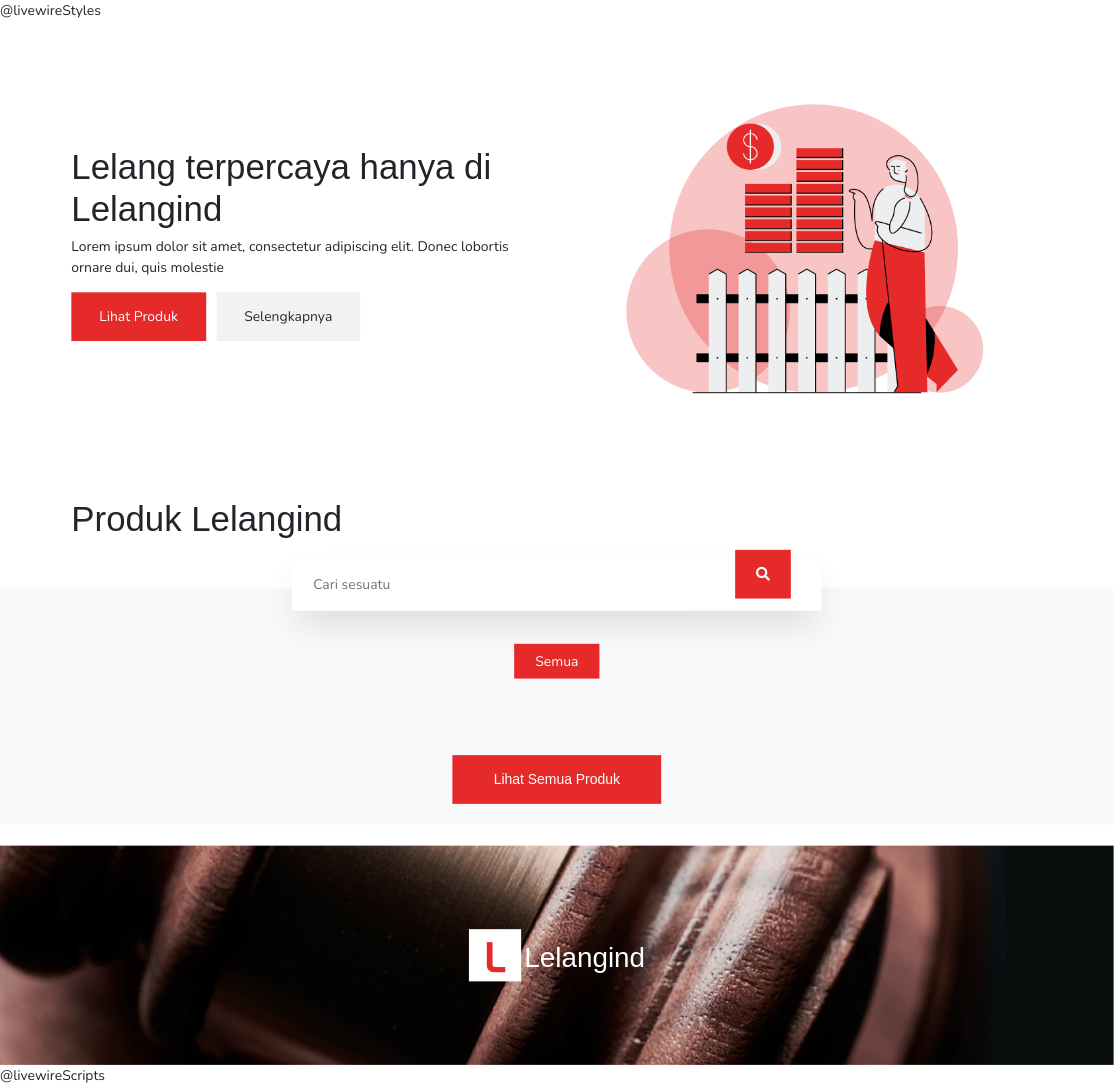
Repository: khulqu15/lelangyuk
Page: http://localhost/
An editor plug-in stored every save of this project. The page is shown before and after the next save, followed by the edit.
The browser window is 1280 px wide. The pictures show the whole page, at 87% of full size.
Backgrounds fixed to the window are drawn as part of the page. Some web fonts or font styles are not loaded; a fallback is used. The page is served by the project's Laravel application, run on PHP 8.4 with Laravel 8. Queries for data that is not in the repository find no rows.

Above is the page before, as saved 2021-02-15 16:12:17.

After the next save:
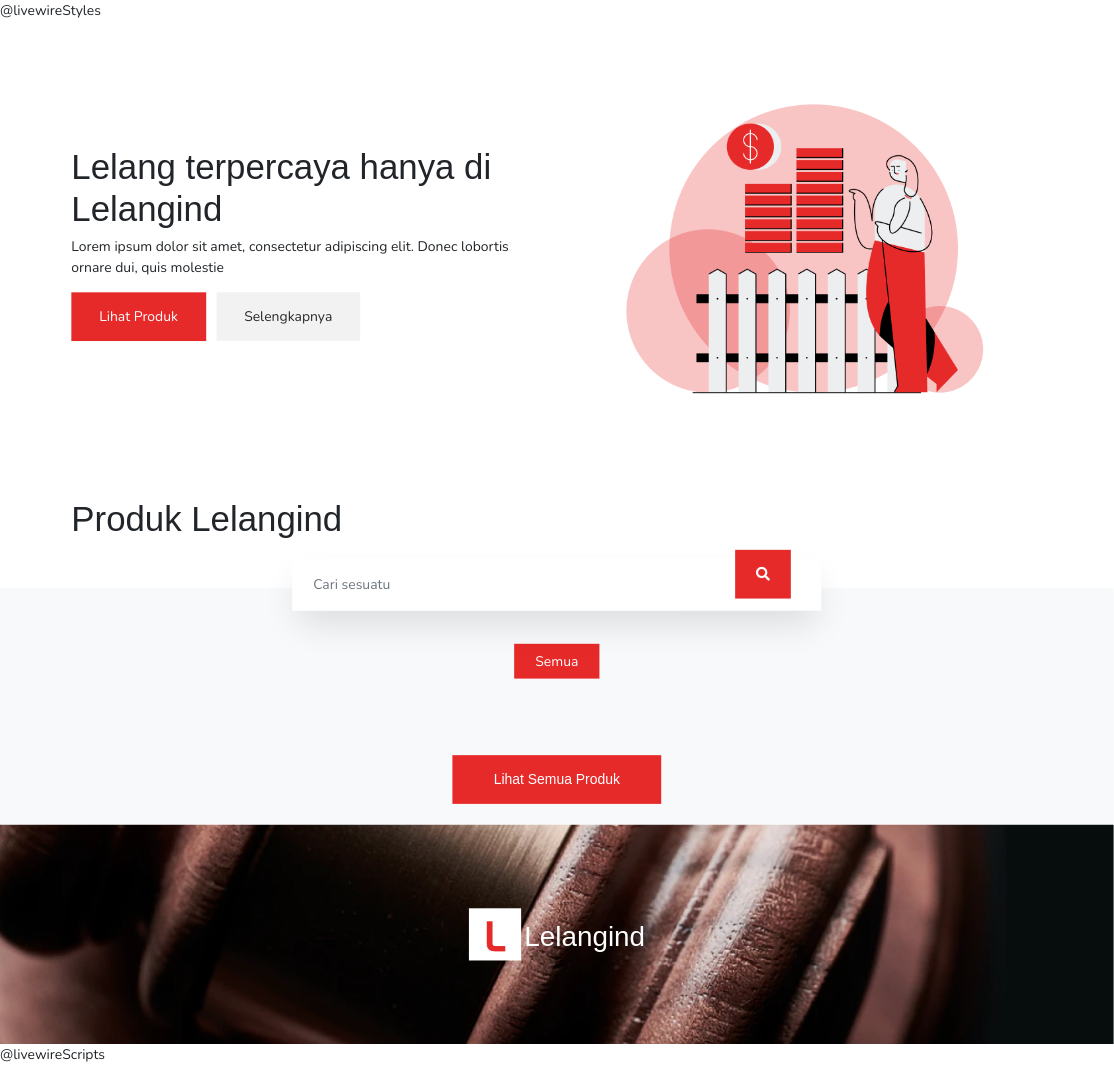
Saved 42 s later.
--- a/resources/views/welcome.blade.php
+++ b/resources/views/welcome.blade.php
@@ -60,7 +60,7 @@
                 </div>
             </div>
         </div>
-        <div class="row my-4">
+        <div class="row mt-4">
             @foreach ($products as $product)
             <div class="col-md-4 col-sm-6 my-2">
                 <div class="card card-product border-0 cursor-point mb-4">

After the save that followed:
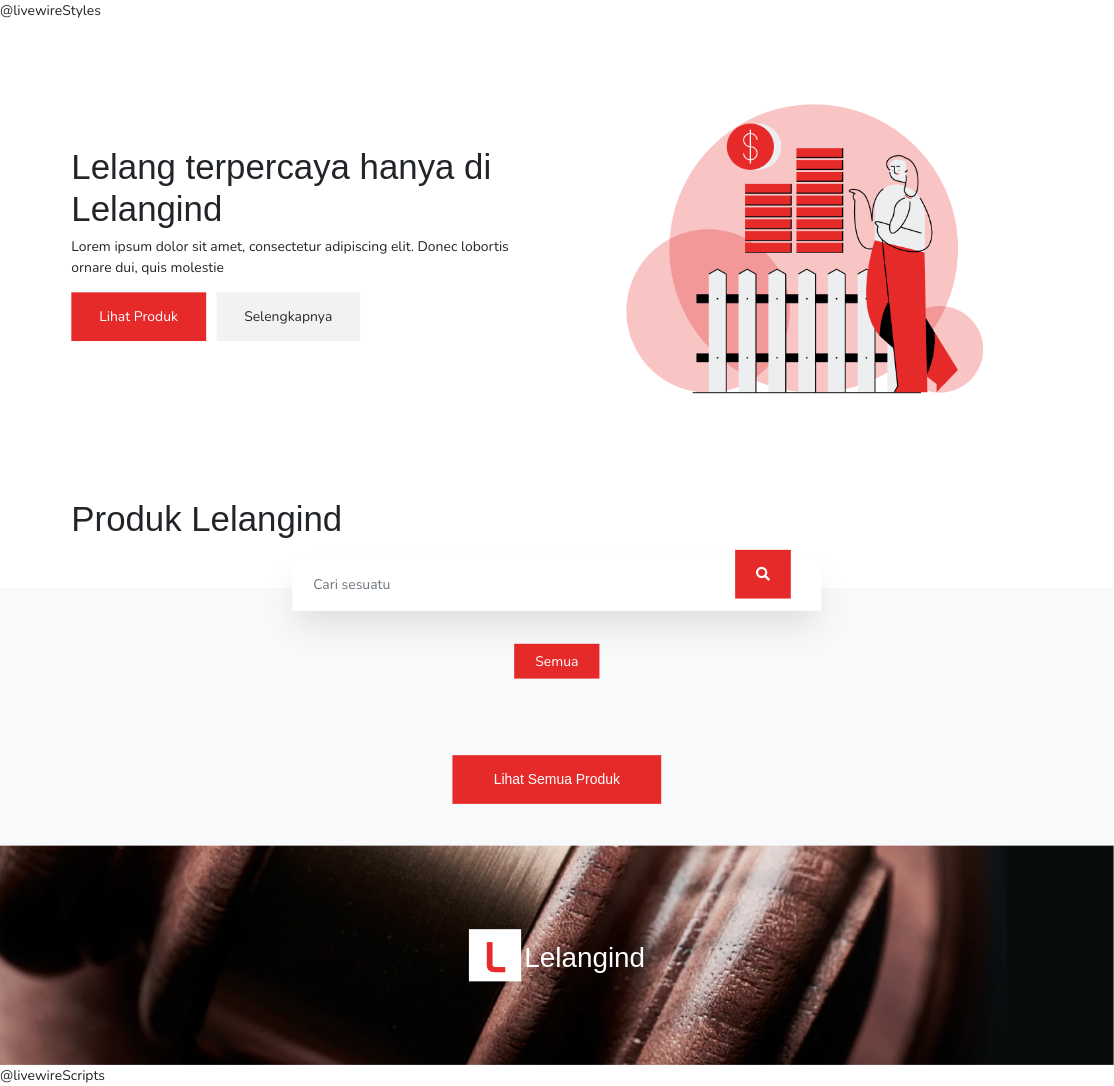
Saved 16 s later.
--- a/resources/views/welcome.blade.php
+++ b/resources/views/welcome.blade.php
@@ -82,7 +82,7 @@
             </div>
             @endforeach
             <div class="col-12 text-center py-4 mt-4">
-                <button class="btn btnm-primary px-5 py-3 viga">Lihat Semua Produk</button>
+                <button class="btn btnm-primary px-5 mb-4 py-3 viga">Lihat Semua Produk</button>
             </div>
         </div>
     </div>
